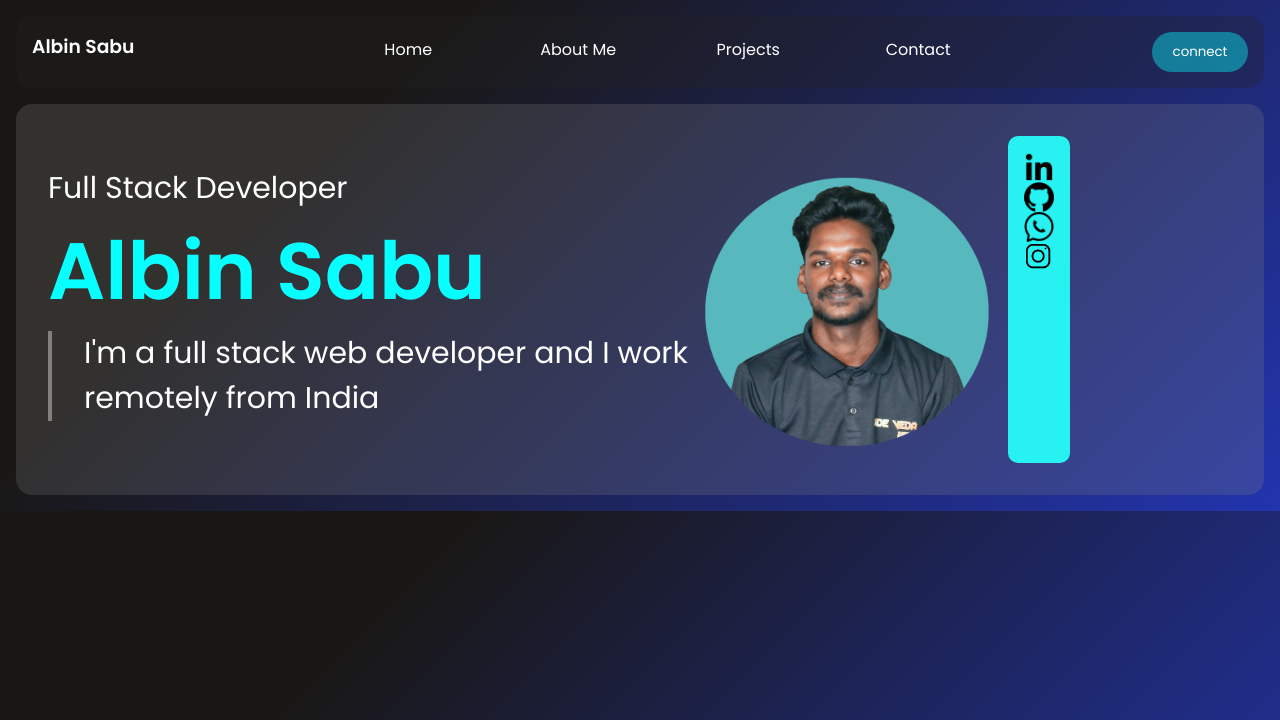
Repository: albinsabu2023/personalwebsite
Page: index.html
These files come from the project's save history. The page is drawn as it stood at one moment and after the next save; the edit follows.
The browser window is 1280 px wide. The pictures show the whole page.

Above is the page before, as saved 2023-09-02 18:00:02.

After the next save:
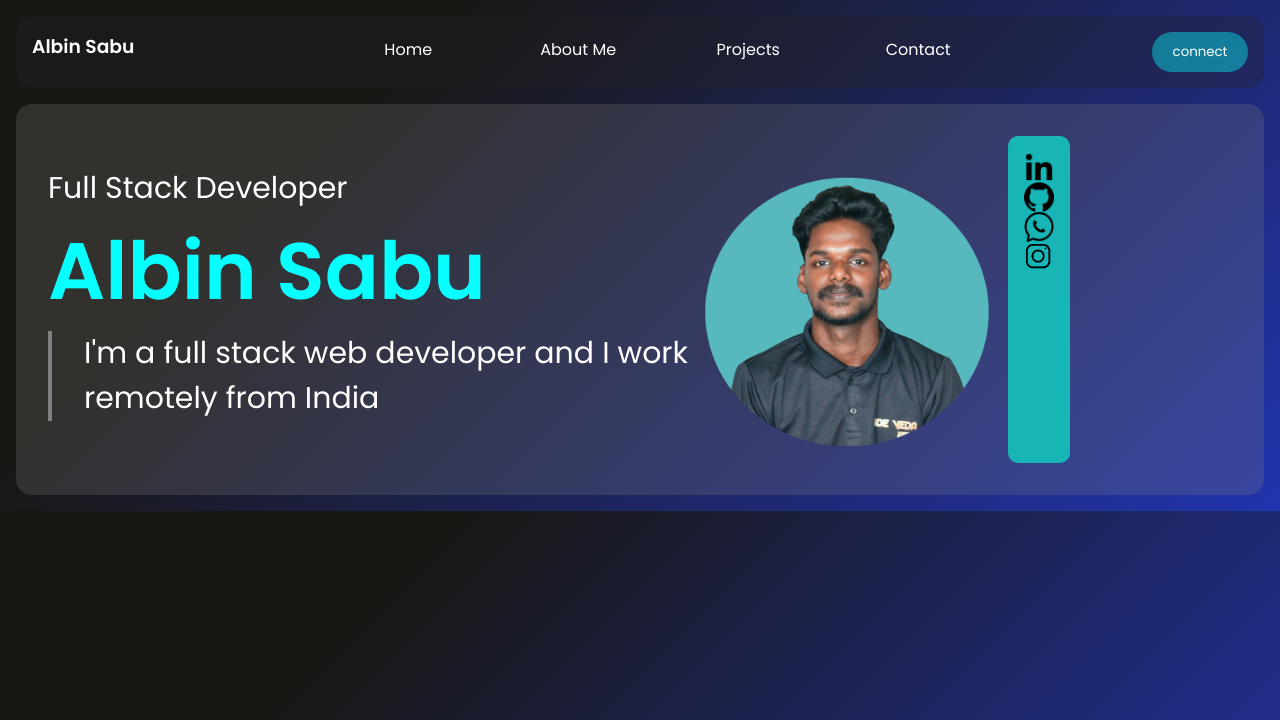
Saved 21 s later.
--- a/style.css
+++ b/style.css
@@ -114,7 +114,7 @@ nav ul li a:hover{
 }
 
 .profile__links{
-    background: rgba(40, 241, 241);
+    background: rgb(23, 181, 181);
     align-items: center;
     justify-content: space-between;
     padding: 1rem;
